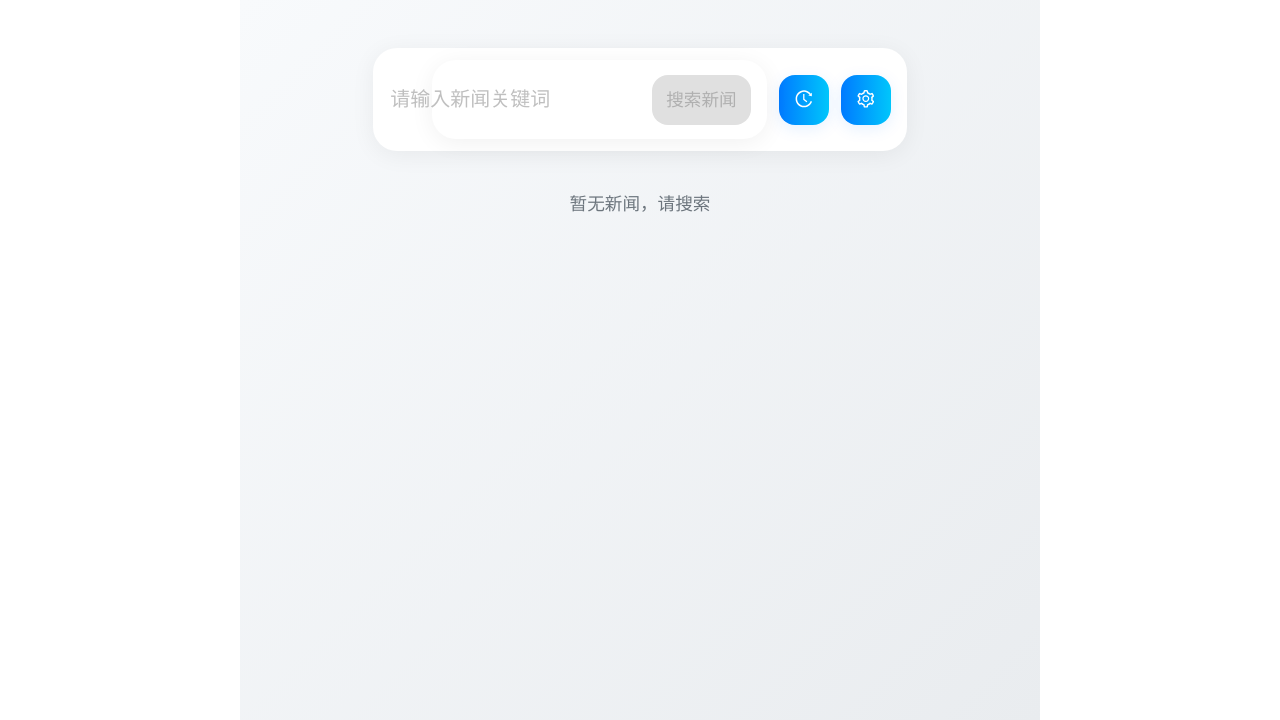
Repository: XJN7197/NewsAssistantBaseMCP
Page: / (app in frontend/)
An editor plug-in stored every save of this project. The page is shown before and after the next save, followed by the edit.
The browser window is 1280 px wide. The pictures show the whole page.
The project was rebuilt for these pictures with package versions that can differ from the ones it lists, and the page was loaded fresh each time. Also part of the build but not shown: frontend/vite.config.ts, frontend/src/components/NewsCard.tsx.

Above is the page before, as saved 2025-05-25 19:53:23.

### frontend/src/App.tsx
import { useState } from 'react'
import Home from './pages/Home'
import './App.css'

function App() {

  return (
    <>
      <Home/>
    </>
  )
}

export default App

### frontend/src/pages/Home.module.css
.home-container {
  height: 100vh;
  width: 800px;
  background: linear-gradient(135deg, #f8fafc 0%, #e9ecef 100%);
  display: flex;
  flex-direction: column;
  align-items: center;
  padding: 48px 0 48px 0; /* 调整了上下padding，左右padding设为0，因为内容区会通过max-width控制 */
  font-family: -apple-system, BlinkMacSystemFont, "Segoe UI", Roboto, "Helvetica Neue", Arial, "PingFang SC", "Hiragino Sans GB", "Microsoft YaHei", sans-serif;
}

.search-bar {
  display: flex;
  justify-content: flex-end;
  align-items: center;
  min-width: 250px; /* 设置最小宽度 */
  gap: 12px;
  position: sticky;
  top: 0;
  z-index: 1;
  background: #fff;
  border-radius: 24px;
  box-shadow: 0 4px 24px 0 rgba(0,0,0,0.06);
  padding: 12px 16px; /* 减小整体内边距 */
  width: 66.66%;
  max-width: none;
}

.search-bar input[type="text"] {
  flex: 1;
  min-width: 250px; /* 设置最小宽度 */
  border: none;
  outline: none;
  font-size: 1.25rem;
  background: transparent;
  color: #222;
  padding: 8px 12px; /* 调整输入框内边距 */
  margin: 0;
  box-sizing: border-box;
  border-radius: 8px; /* 添加圆角 */
  transition: background 0.2s;
}

/* 添加输入框悬停效果 */
.search-bar input[type="text"]:hover,
.search-bar input[type="text"]:focus {
  background: rgba(0, 0, 0, 0.02);
}
.search-bar button {
  height: 50px;
  background: linear-gradient(90deg, #007aff 0%, #00c6fb 100%);
  color: #fff;
  border: none;
  border-radius: 16px; /* 更大的圆角 */
  padding: 14px 36px; /* 增加了按钮padding */
  font-size: 1.1rem; /* 稍大字体 */
  font-weight: 500;
  cursor: pointer;
  transition: background 0.2s, box-shadow 0.2s;
  box-shadow: 0 4px 16px 0 rgba(0,122,255,0.10); /* 按钮阴影 */
}

.search-bar button:disabled {
  background: #e0e0e0;
  color: #b0b0b0;
  cursor: not-allowed;
  box-shadow: none;
}

.news-list-container { /* Renamed from .news-list */
  width: 66.66%; /* 宽度固定为视口宽度的2/3 */
  /* height: 1500px; 高度固定为1500px */
  max-width: none; /* 移除最大宽度限制 */
  margin-bottom: 40px;
  min-height: 180px; /* 最小高度，避免内容过少时塌陷 */
  display: flex;
  flex-direction: column;
  gap: 24px; /* 新闻卡片之间的间距 */
  overflow-y: auto; /* 添加垂直滚动 */
  /* 可以在这里添加新闻卡片的样式，或者为新闻卡片组件单独创建样式文件 */
}

/* 针对 news-list 中暂无新闻的提示文本样式 */
.news-list > div {
  color: #6c757d; /* 柔和的提示文字颜色 */
  font-size: 1.1rem;
  text-align: center;
  padding: 40px 0;
}

/* Styles for .news-card, .checkbox-container, .news-content, .news-title, .news-desc, .news-link are removed as Ant Design components handle them */

/* 错误消息样式 */
.error-message {
  color: #dc3545; /* 红色错误提示 */
  font-size: 1.1rem;
  text-align: center;
  padding: 40px 0;
}


.analyze-btn {
  margin-bottom: 32px;
}

.analyze-btn button {
  background: linear-gradient(90deg, #34e89e 0%, #0f3443 100%); /* 保持了之前的渐变色 */
  color: #fff;
  border: none;
  border-radius: 16px; /* 更大的圆角 */
  padding: 16px 48px; /* 增加了按钮padding */
  font-size: 1.2rem; /* 稍大字体 */
  font-weight: 600;
  cursor: pointer;
  transition: background 0.2s, box-shadow 0.2s;
  box-shadow: 0 4px 16px 0 rgba(52,232,158,0.10); /* 按钮阴影 */
}

.analyze-btn button:disabled {
  background: #e0e0e0;
  color: #b0b0b0;
  cursor: not-allowed;
  box-shadow: none;
}

/* Styles for .report-modal and its children are removed as Ant Design Modal component handles them */

### frontend/src/mock/newsData.ts
export const mockNewsData = {
    news_list: [
      {
        title: "Qwen引领AI前端技术革新：深度解析一句话开发网页的突破_模型_行业_创新",
        desc: "在人工智能快速发展的2025年，来自量子位的最新报道显示，AI技术正迎来前所未有的革新，尤其是在前端开发领域。由Qwen推出的“AI前端工程师”WebDev工具，以...",
        url: "https://news.sohu.com/a/893821748_121924584"
      },
      {
        title: "谷歌推Gemini2.5Pro模型，AI 助力前端开发与复杂编程",
        desc: "谷歌推Gemini2.5Pro模型#，AI 助力前端开发与复杂编程】5 月7 日消息，科技媒体The Decoder 昨日（5 月6 日）发布博文，报道称谷歌为预热今年的I/O...",
        url: "https://news.sina.com.cn/external/car/2025-05-07/doc-inevtine1324735.shtml"
      },
      {
        title: "前端程序员请注意！首个截图就能生成现代前端代码的AI来了 | 已开源",
        desc: "现在截图生成代码，已经来到了一个新高度——. ⾸个⾯向现代前端代码⽣成的多模态⼤模型解决⽅案，来了！ 而且是开源的那种。 前端程序员请注意！首个截图就能...",
        url: "https://www.qbitai.com/2025/02/258521.html"
      },
      {
        title: "AI包办79%代码，程序员饭碗不保，前端开发要凉，人类只配改Bug？",
        desc: "编码助手更偏向自动化。有79%的Claude Code对话可以被归为「自动化」，即AI直接完成任务，而不是与人类协作「增强」。相比之下，Claude.ai的对话中只有49%是...",
        url: "https://m.36kr.com/p/3271134281245063"
      },
      {
        title: "武汉烽火申请前后端协同开发方法专利，大大降低前后端耦合度",
        desc: "本文源自:金融界. 金融界2025年5月15日消息，国家知识产权局信息显示，武汉烽火信息集成技术有限公司申请一项名为“前后端协同开发方法、装置、设备及可...",
        url: "https://cj.sina.cn/articles/view/1704103183/65928d0f02007wlqg?froms=ggmp"
      }
    ]
  };

### frontend/src/mock/reportData.ts
// 模拟舆情分析报告数据
export const mockReportData = {
  report: `
  **分析时间：** 2025-05-22 20:48:32

  ---

  ## 📥 原始新闻内容

  ### 新闻1
  - **标题**: Qwen引领AI前端技术革新：深度解析一句话开发网页的突破_模型_行业_创新
  - **描述**: 在人工智能快速发展的2025年，来自量子位的最新报道显示，AI技术正迎来前所未有的革新，尤其是在前端开发领域。由Qwen推出的“AI前端工程师”WebDev工具，以...
  - **链接**: https://news.sohu.com/a/893821748_121924584

  ### 新闻2
  - **标题**: 谷歌推Gemini2.5Pro模型，AI 助力前端开发与复杂编程
  - **描述**: 谷歌推Gemini2.5Pro模型#，AI 助力前端开发与复杂编程】5 月7 日消息，科技媒体The Decoder 昨日（5 月6 日）发布博文，报道称谷歌为预热今年的I/O...
  - **链接**: https://news.sina.com.cn/external/car/2025-05-07/doc-inevtine1324735.shtml

  ### 新闻3
  - **标题**: 前端程序员请注意！首个截图就能生成现代前端代码的AI来了 | 已开源
  - **描述**: 现在截图生成代码，已经来到了一个新高度——. ⾸个⾯向现代前端代码⽣成的多模态⼤模型解决⽅案，来了！ 而且是开源的那种。 前端程序员请注意！首个截图就能...
  - **链接**: https://www.qbitai.com/2025/02/258521.html

  ### 新闻4
  - **标题**: AI包办79%代码，程序员饭碗不保，前端开发要凉，人类只配改Bug？
  - **描述**: 编码助手更偏向自动化。有79%的Claude Code对话可以被归为「自动化」，即AI直接完成任务，而不是与人类协作「增强」。相比之下，Claude.ai的对话中只有49%是...
  - **链接**: https://m.36kr.com/p/3271134281245063

  ### 新闻5
  - **标题**: 武汉烽火申请前后端协同开发方法专利，大大降低前后端耦合度
  - **描述**: 本文源自:金融界. 金融界2025年5月15日消息，国家知识产权局信息显示，武汉烽火信息集成技术有限公司申请一项名为“前后端协同开发方法、装置、设备及可...
  - **链接**: https://cj.sina.cn/articles/view/1704103183/65928d0f02007wlqg?froms=ggmp

  ---

  ## 📊 分析结果

  ### 舆情分析报告
  **日期**：2025年5月
  **分析范围**：五篇关于AI与前端开发的新闻

  ---

  #### **一、情绪倾向分析**
  | 新闻编号 | 情绪倾向 | 原因说明 |
  |----------|----------|----------|
  | **新闻1** | **正面** | 强调Qwen的“革新”“突破”等词汇，突出AI技术对前端开发的赋能，传递积极创新信号。 |
  | **新闻2** | **正面** | 谷歌推出新模型推动“AI助力前端开发”，体现技术迭代的行业趋势，语气温和但积极。 |
  | **新闻3** | **正面** | 聚焦“首个截图生成代码”“开源”等关键词，展示AI工具的实用性和开放性，引发开发者关注。 |
  | **新闻4** | **负面** | 标题直接使用“饭碗不保”“要凉”等强烈词汇，讨论AI对程序员职业的冲击，情绪偏担忧。 |
  | **新闻5** | **正面** | 武汉烽火的专利申请聚焦“降低耦合度”技术优化，体现行业对效率提升的关注，属中性积极技术报道。 |

  ---

  #### **二、舆情总结**
  1. **技术革新主导正面情绪**
     - 多篇新闻聚焦AI在前端开发中的创新应用（如Qwen、Gemini2.5Pro、开源工具），强调效率提升、自动化开发等优势，反映行业对AI技术的期待与认可。
     - 专利申请（新闻5）进一步表明企业对技术优化的重视，传递积极发展趋势。

  2. **负面情绪集中于就业风险**
     - 新闻4通过“79%代码由AI包办”“程序员饭碗不保”等表述，引发对AI替代人力的焦虑，负面情绪显著，但未否认技术价值。

  3. **行业矛盾与机遇并存**
     - 正面报道多关注技术突破，负面内容则反映人类与AI协作模式的争议，整体呈现“技术进步”与“职业担忧”的双重叙事。

  ---

  #### **三、建议**
  - **技术开发者**：关注AI工具的开源与迭代（如新闻3），同时提升复合技能以适应自动化趋势。
  - **企业与政策制定者**：平衡技术应用与就业保障，推动人机协作模式的探索。
  - **媒体传播**：客观呈现AI对行业的赋能与挑战，避免过度渲染负面情绪。

  **结论**：当前舆情以技术革新为核心积极主题，但需警惕AI对职业结构的潜在冲击，行业需在创新与人文关怀间寻求平衡。
`
}

### frontend/src/components/NewsSearch.tsx
import React from 'react';
import { Button as AntButton, Input } from 'antd';
import styles from '../pages/Home.module.css'; // 引入 Home.module.css 中的样式

interface NewsSearchProps {
  keyword: string;
  setKeyword: (keyword: string) => void;
  handleSearch: () => void;
  loading: boolean;
}

const NewsSearch: React.FC<NewsSearchProps> = ({
  keyword,
  setKeyword,
  handleSearch,
  loading,
}) => {
  return (
    <div className={styles['search-bar']}> {/* 使用 Home.module.css 中的样式 */}
      <Input
        placeholder="请输入新闻关键词"
        value={keyword}
        onChange={e => setKeyword(e.target.value)}
        onPressEnter={handleSearch} // 支持回车搜索
        style={{ flex: 1, fontSize: '1.25rem', padding: '12px 0' }} // 保持原有部分样式
      />
      <AntButton
        type="primary"
        onClick={handleSearch}
        loading={loading}
        disabled={!keyword}
        style={{ borderRadius: '16px', padding: '14px', fontSize: '1.1rem', fontWeight: 500 }} // 保持原有部分样式，并添加右边距
      >
        搜索新闻
      </AntButton>
    </div>
  );
};

export default NewsSearch;

### frontend/src/components/NewsList.tsx
import React from 'react';
import { List, Spin, Typography } from 'antd';
import NewsCard from './NewsCard';
import styles from '../pages/Home.module.css'; // 引入 Home.module.css 中的样式

const { Text } = Typography;

interface NewsListProps {
  newsList: any[]; // 根据实际新闻数据结构定义更精确的类型
  selectedNews: Set<number>;
  onItemChange: (id: number, checked: boolean) => void;
  loading: boolean;
}

const NewsList: React.FC<NewsListProps> = ({
  newsList,
  selectedNews,
  onItemChange,
  loading,
}) => {
  return (
    <div className={styles['news-list-container']}> {/* 使用 Home.module.css 中的样式 */}
      {loading && newsList.length === 0 && (
        <div style={{ textAlign: 'center', padding: '40px 0' }}>
          <Spin size="large" />
        </div>
      )}
      {!loading && newsList.length === 0 && (
        <div style={{ textAlign: 'center', color: '#6c757d', fontSize: '1.1rem', padding: '40px 0' }}>
          暂无新闻，请搜索
        </div>
      )}
      {newsList.length > 0 && newsList[0].error && (
        <div className={styles['error-message']}>{newsList[0].error}</div>
      )}
      {newsList.length > 0 && !newsList[0].error && (
        <List
          itemLayout="horizontal"
          dataSource={newsList}
          renderItem={item => (
            <NewsCard
              key={item.id}
              item={item}
              selectedNews={selectedNews}
              onItemChange={onItemChange}
            />
          )}
        />
      )}
    </div>
  );
};

export default NewsList;

### frontend/src/components/ReportModal.tsx
import React from 'react';
import { Modal, Button as AntButton, Spin, Typography } from 'antd';
import ReactMarkdown from 'react-markdown';
import remarkGfm from 'remark-gfm';

const { Title, Text } = Typography;

interface ReportModalProps {
  showReport: boolean;
  setShowReport: (show: boolean) => void;
  report: string | null;
  loading: boolean;
  handleDownload: () => void;
  setEmailModalVisible: (visible: boolean) => void;
}

const ReportModal: React.FC<ReportModalProps> = ({
  showReport,
  setShowReport,
  report,
  loading,
  handleDownload,
  setEmailModalVisible,
}) => {
  return (
    <Modal
      title={<Title level={3} style={{ textAlign: 'center', marginBottom: 0 }}>舆情分析报告</Title>}
      open={showReport}
      onCancel={() => setShowReport(false)}
      footer={[
        <AntButton
          key="download"
          onClick={handleDownload}
          disabled={!report}
          style={{ borderRadius: '12px', marginRight: '8px' }}
        >
          下载报告
        </AntButton>,
        <AntButton
          key="email"
          onClick={() => setEmailModalVisible(true)}
          disabled={!report}
          style={{ borderRadius: '12px', marginRight: '8px' }}
        >
          发送邮件
        </AntButton>,
        <AntButton key="close" type="primary" onClick={() => setShowReport(false)} style={{ borderRadius: '12px' }}>
          关闭
        </AntButton>
      ]}
      width="60vw"
      styles={{
        body: { maxHeight: '70vh', overflowY: 'auto', background: '#fff', padding: '24px 40px' },
        content: { zIndex: 1000 }
      }}
    >
      {loading && !report ? (
        <div style={{ textAlign: 'center', padding: '40px 0' }}>
          <Spin size="large" tip="分析报告生成中..." />
        </div>
      ) : report ? (
        <ReactMarkdown remarkPlugins={[remarkGfm]}>{report}</ReactMarkdown>
      ) : (
        <Text>报告生成中或无内容...</Text>
      )}
    </Modal>
  );
};

export default ReportModal;

### frontend/src/components/SettingsModal.tsx
import React from 'react';
import { Modal, Button as AntButton, Spin, Form, Input, Typography, message } from 'antd';

const { Title } = Typography;

interface SettingsModalProps {
  showSettings: boolean;
  setShowSettings: (show: boolean) => void;
  config: any; // 根据实际配置数据结构定义更精确的类型
  configLoading: boolean;
  fetchConfig: () => void;
  updateConfig: (values: any) => Promise<void>;
}

const SettingsModal: React.FC<SettingsModalProps> = ({
  showSettings,
  setShowSettings,
  config,
  configLoading,
  fetchConfig,
  updateConfig,
}) => {
  const [configForm] = Form.useForm();

  // 当弹窗打开时获取配置
  React.useEffect(() => {
    if (showSettings) {
      fetchConfig();
    }
  }, [showSettings, fetchConfig]);

  // 当 config 更新时设置表单值
  React.useEffect(() => {
    configForm.setFieldsValue(config);
  }, [config, configForm]);

  const handleSave = async () => {
    try {
      const values = await configForm.validateFields();
      await updateConfig(values);
    } catch (errorInfo) {
      console.error('Validate Failed:', errorInfo);
      message.error('请检查表单填写是否正确。');
    }
  };

  return (
    <Modal
      title={<Title level={3} style={{ textAlign: 'center', marginBottom: 0 }}>配置设置</Title>}
      open={showSettings}
      onCancel={() => setShowSettings(false)}
      footer={[
        <AntButton key="cancel" onClick={() => setShowSettings(false)} style={{ borderRadius: '12px' }}>
          取消
        </AntButton>,
        <AntButton key="submit" type="primary" loading={configLoading} onClick={handleSave} style={{ borderRadius: '12px' }}>
          保存
        </AntButton>,
      ]}
      width="50vw"
      styles={{ body: { maxHeight: '70vh', overflowY: 'auto', background: '#fff', padding: '24px 40px' } }}
    >
      {configLoading && Object.keys(config).length === 0 ? (
        <div style={{ textAlign: 'center', padding: '40px 0' }}>
          <Spin size="large" tip="加载配置中..." />
        </div>
      ) : (
        <Form
          form={configForm}
          layout="vertical"
          initialValues={config} // 使用状态中的配置作为初始值
        >
          {Object.keys(config).map(key => {
            let inputProps = {};

            // 根据不同字段设置不同的input type
            if (key === 'BASE_URL') {
              inputProps = { type: 'url', placeholder: '请输入有效的URL地址' };
            } else if (key === 'EMAIL_USER') {
              inputProps = { type: 'email', placeholder: '请输入有效的邮箱地址' };
            } else if (key === 'SMTP_SERVER') {
              inputProps = {
                type: 'text',
                placeholder: '请输入SMTP服务器地址',
                pattern: '^[a-zA-Z0-9][a-zA-Z0-9\-\.]+[a-zA-Z0-9]$'
              };
            }

            return (
              <Form.Item
                key={key}
                label={key}
                name={key}
                rules={[{ required: true, message: `请输入 ${key}!` }]} // 添加必填规则
              >
                <Input {...inputProps} />
              </Form.Item>
            );
          })}
        </Form>
      )}
    </Modal>
  );
};

export default SettingsModal;

### frontend/src/components/EmailModal.tsx
import React, { useState } from 'react';
import { Modal, Button as AntButton, Form, Input, message } from 'antd';

interface EmailModalProps {
  emailModalVisible: boolean;
  setEmailModalVisible: (visible: boolean) => void;
  report: string | null;
}

const EmailModal: React.FC<EmailModalProps> = ({
  emailModalVisible,
  setEmailModalVisible,
  report,
}) => {
  const [emailTo, setEmailTo] = useState('');
  const [emailSending, setEmailSending] = useState(false);
  const [form] = Form.useForm();

  // Reset form when modal opens
  React.useEffect(() => {
    if (emailModalVisible) {
      form.resetFields();
      setEmailTo(''); // Also reset local state
    }
  }, [emailModalVisible, form]);

  const handleSendEmail = async () => {
    if (!report || !emailTo) return;

    setEmailSending(true);
    try {
      const response = await fetch('http://localhost:8000/send_email', {
        method: 'POST',
        headers: {
          'Content-Type': 'application/json',
        },
        body: JSON.stringify({
          to: emailTo,
          subject: `舆情分析报告`,
          report_content: report
        }),
      });

      const data = await response.json();
      if (data.status === 'success') {
        message.success('邮件发送成功！');
        setEmailModalVisible(false);
      } else {
        message.error(`邮件发送失败: ${data.message}`);
      }
    } catch (error) {
      console.error("邮件发送失败:", error);
      message.error(`邮件发送失败: ${error}`);
    } finally {
      setEmailSending(false);
    }
  };

  return (
    <Modal
      title="发送分析报告到邮箱"
      open={emailModalVisible}
      onCancel={() => setEmailModalVisible(false)}
      footer={[
        <AntButton key="cancel" onClick={() => setEmailModalVisible(false)} style={{ borderRadius: '12px' }}>
          取消
        </AntButton>,
        <AntButton
          key="send"
          type="primary"
          loading={emailSending}
          onClick={handleSendEmail}
          disabled={!emailTo}
          style={{ borderRadius: '12px' }}
        >
          发送
        </AntButton>,
      ]}
    >
      <Form form={form} layout="vertical">
        <Form.Item
          label="收件人邮箱"
          name="email"
          rules={[
            { required: true, message: '请输入收件人邮箱!' },
            { type: 'email', message: '请输入有效的邮箱地址!' }
          ]}
        >
          <Input
            placeholder="请输入收件人邮箱"
            value={emailTo}
            onChange={e => setEmailTo(e.target.value)}
          />
        </Form.Item>
      </Form>
    </Modal>
  );
};

export default EmailModal;

Loaded but not shown: frontend/index.html (common file); frontend/src/main.tsx (common file); frontend/src/index.css (common file); frontend/src/App.css (common file); frontend/src/pages/Home.tsx (476 lines, source omitted)

After the next save:
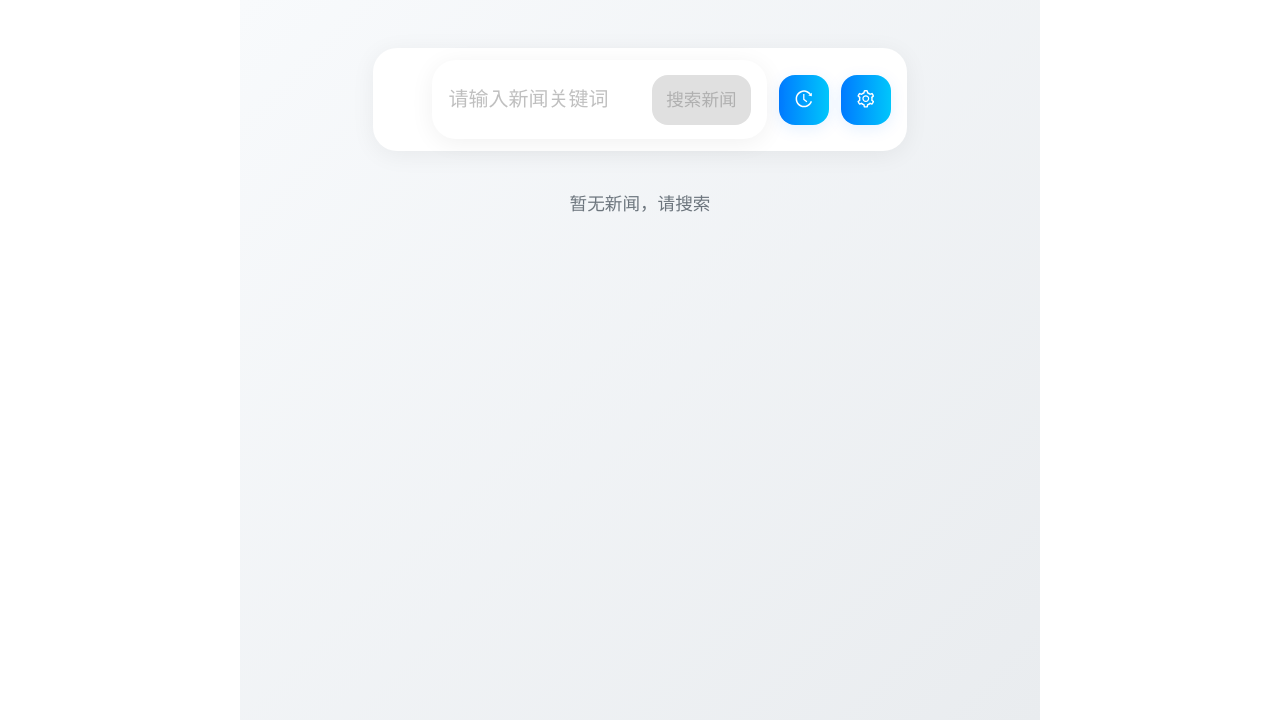
Saved 57 s later.
--- a/frontend/src/pages/Home.module.css
+++ b/frontend/src/pages/Home.module.css
@@ -13,7 +13,6 @@
   display: flex;
   justify-content: flex-end;
   align-items: center;
-  min-width: 250px; /* 设置最小宽度 */
   gap: 12px;
   position: sticky;
   top: 0;
@@ -28,7 +27,6 @@
 
 .search-bar input[type="text"] {
   flex: 1;
-  min-width: 250px; /* 设置最小宽度 */
   border: none;
   outline: none;
   font-size: 1.25rem;
